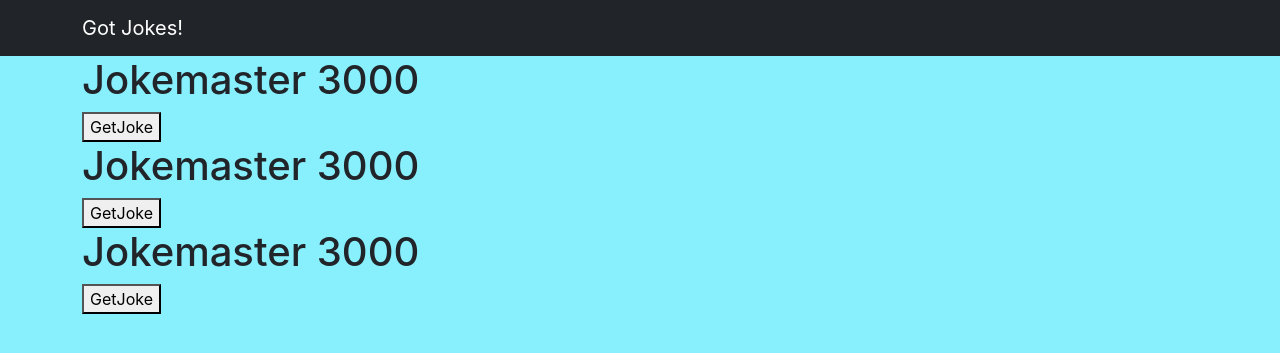
Repository: jontslater/LAB-joke-generator-react
Page: /
The author's editor kept a copy of each file at every save. The page is drawn from the files as they stood at one save, then again after the next save.
The browser window is 1280 px wide. The pictures show the whole page.
The project was rebuilt for these pictures with package versions that can differ from the ones it lists, and the page was loaded fresh each time. The framework's server and built-in components were replaced by stand-ins that run in the browser. Also part of the build but not shown: next.config.js.

Above is the page before, as saved 2024-01-12 15:38:07.

After the next save:
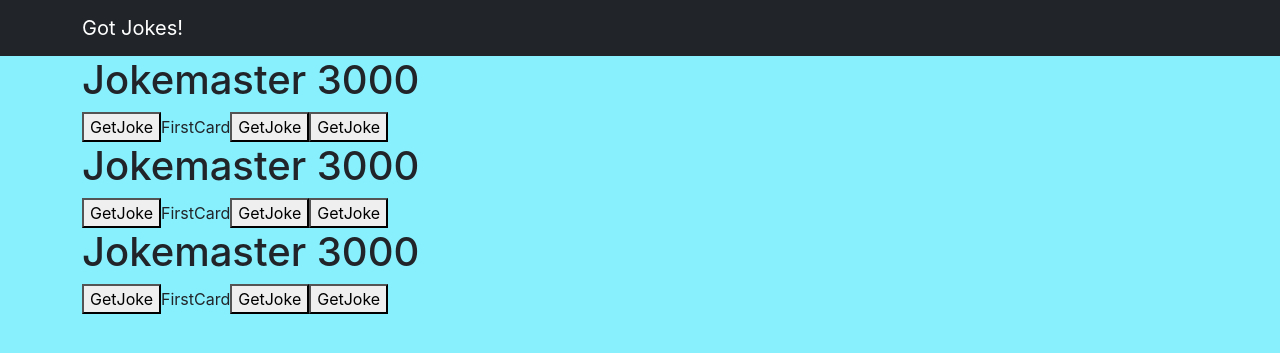
Saved 66 s later.
--- a/components/Jokes.js
+++ b/components/Jokes.js
@@ -1,7 +1,6 @@
 import { useState } from 'react';
 
 function Jokes({ title }) {
-  const initialValue = 'Get A Joke';
   const [jokes, setJokes] = useState('FirstCard');
 
   function getJokes() {
@@ -19,6 +18,9 @@ function Jokes({ title }) {
     <>
       <h1>Jokemaster 3000</h1>
       <button type="button">GetJoke</button>
+      {jokes}
+      <button type="button">GetJoke</button>
+      <button type="button">GetJoke</button>
     </>
   );
 }
